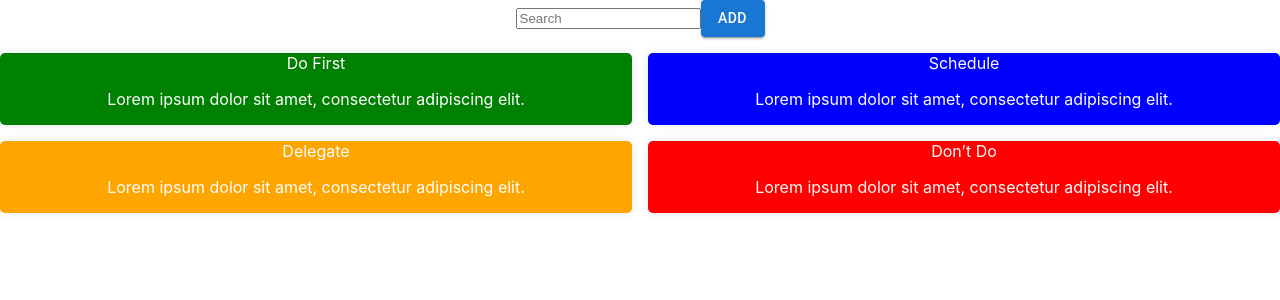
Repository: GokulDev4U/Krixi_react_assignment
Page: /
These files come from the project's save history. The page is drawn as it stood at one moment and after the next save; the edit follows.
The browser window is 1280 px wide. The pictures show the whole page.
The project was rebuilt for these pictures with package versions that can differ from the ones it lists, and the page was loaded fresh each time.

Above is the page before, as saved 2022-04-04 12:55:44.

### src/App.js
import React from "react";
// import { Counter } from "./features/counter/Counter";
import Box from "@mui/material/Box";
import Grid from "@mui/material/Grid";
import Button from "@mui/material/Button";
import Card from "./Components/card/Card";
import "./App.css";

function App() {
  return (
    <div className="App">
      <Box sx={{ flexGrow: 1 }}>
        <Grid container spacing={2}>
          <Grid item xs={12}>
            <input type="text" placeholder="Search" />
            <Button variant="contained" color="primary">
              Add
            </Button>
          </Grid>
          <Grid item xs={6}>
            <Card color="green" title="Do First" />
          </Grid>
          <Grid item xs={6}>
            <Card color="blue" title="Schedule" />
          </Grid>
          <Grid item xs={6}>
            <Card color="orange" title="Delegate" />
          </Grid>
          <Grid item xs={6}>
            <Card color="red" title="Don’t Do" />
          </Grid>
        </Grid>
      </Box>
    </div>
  );
}

export default App;

### src/Components/card/Card.jsx
import React from 'react';
import './Card.css';

const Card = ({ color, title }) => {
  return (
    <div className='box' style={{ backgroundColor: `${color}` }}>
      <div className="card-title">
        {title}
      </div>
      <div className="card-content">
        <p>
          Lorem ipsum dolor sit amet, consectetur adipiscing elit.
        </p>
      </div>
    </div>
  );
};

export default Card;

### src/features/counter/counterSlice.js
import { createSlice } from "@reduxjs/toolkit";

const initialState = {
  value: 0,
  status: "idle",
};

export const counterSlice = createSlice({
  name: "counter",
  initialState,
  // The `reducers` field lets us define reducers and generate associated actions
  reducers: {
    increment: (state) => {
      state.value += 1;
    },
    decrement: (state) => {
      state.value -= 1;
    },
    // Use the PayloadAction type to declare the contents of `action.payload`
    incrementByAmount: (state, action) => {
      state.value += action.payload;
    },
  },
});

export const { increment, decrement, incrementByAmount } = counterSlice.actions;

export const selectCount = (state) => state.counter.value;

export default counterSlice.reducer;

### src/Components/card/Card.css
 .box{
    width: 100%;
    height: 100%;
    color: #fff;
    border-radius: 5px;
    box-shadow: 0 0 10px rgba(0,0,0,0.1);
    overflow: hidden;
    /* position: relative;
    transition: all 0.3s ease-in-out; */
    cursor: pointer;
 }

Loaded but not shown: public/index.html (common file); src/index.js (common file); src/index.css (common file); src/app/store.js (common file); src/serviceWorker.js (common file); src/App.css (common file)

After the next save:
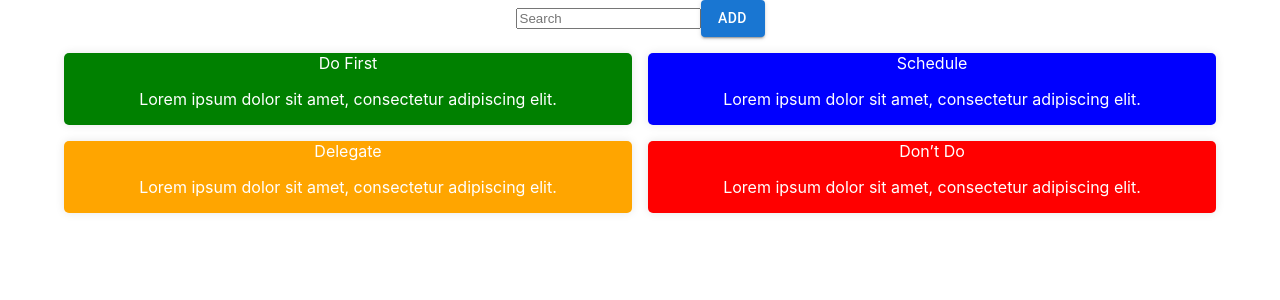
Saved 56 s later.
--- a/src/App.js
+++ b/src/App.js
@@ -1,6 +1,6 @@
 import React from "react";
 // import { Counter } from "./features/counter/Counter";
-import Box from "@mui/material/Box";
+import Container from "@mui/material/Container";
 import Grid from "@mui/material/Grid";
 import Button from "@mui/material/Button";
 import Card from "./Components/card/Card";
@@ -9,7 +9,7 @@ import "./App.css";
 function App() {
   return (
     <div className="App">
-      <Box sx={{ flexGrow: 1 }}>
+      <Container sx={{ flexGrow: 1 }}>
         <Grid container spacing={2}>
           <Grid item xs={12}>
             <input type="text" placeholder="Search" />
@@ -30,7 +30,7 @@ function App() {
             <Card color="red" title="Don’t Do" />
           </Grid>
         </Grid>
-      </Box>
+      </Container>
     </div>
   );
 }
